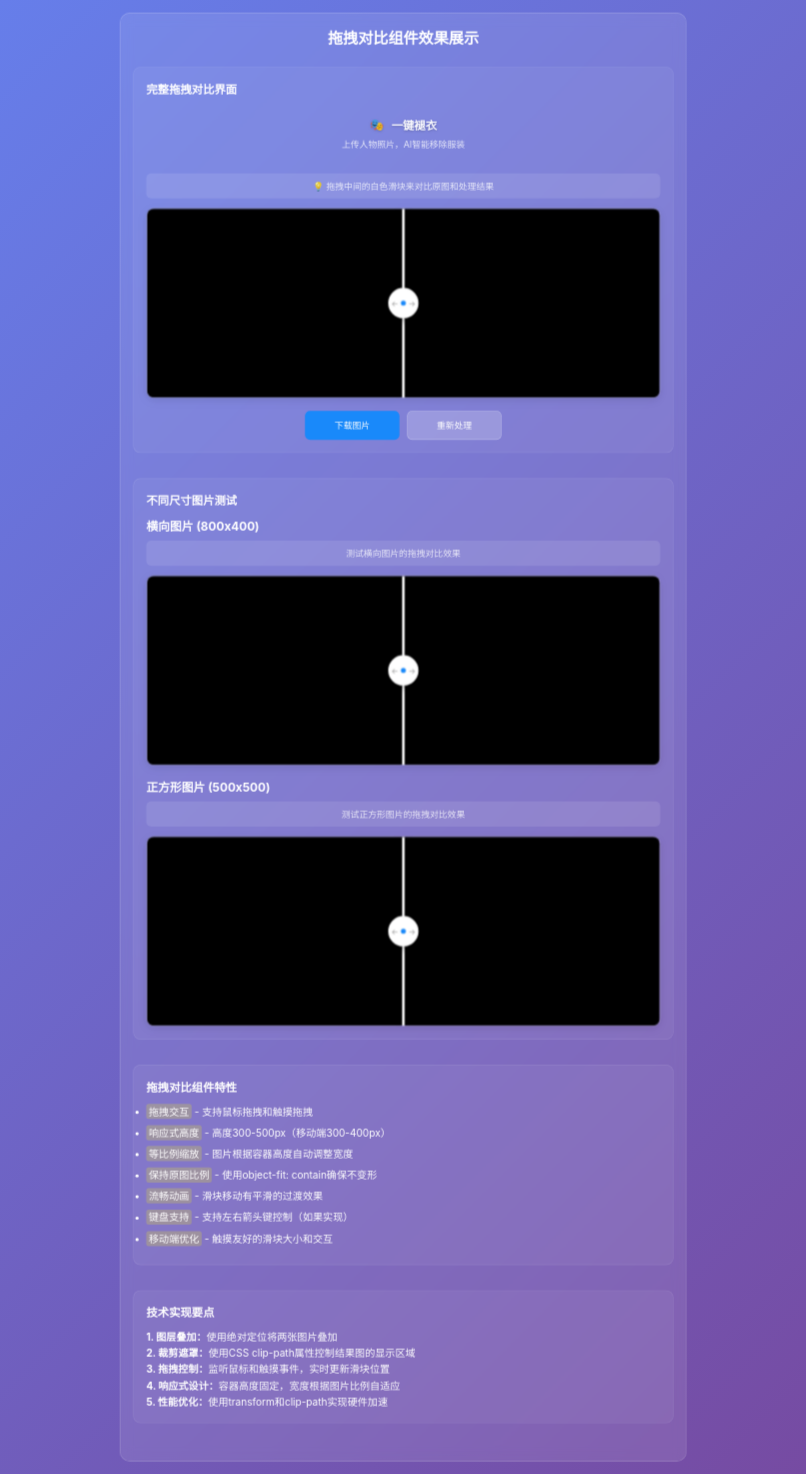
Repository: fooldychi/undress
Page: drag-comparison-demo.html
These files come from the project's save history. The page is drawn as it stood at one moment and after the next save; the edit follows.
The browser window is 1280 px wide. The pictures show the whole page, at 63% of full size.

Above is the page before, as saved 2025-07-13 16:51:52.

After the next save:
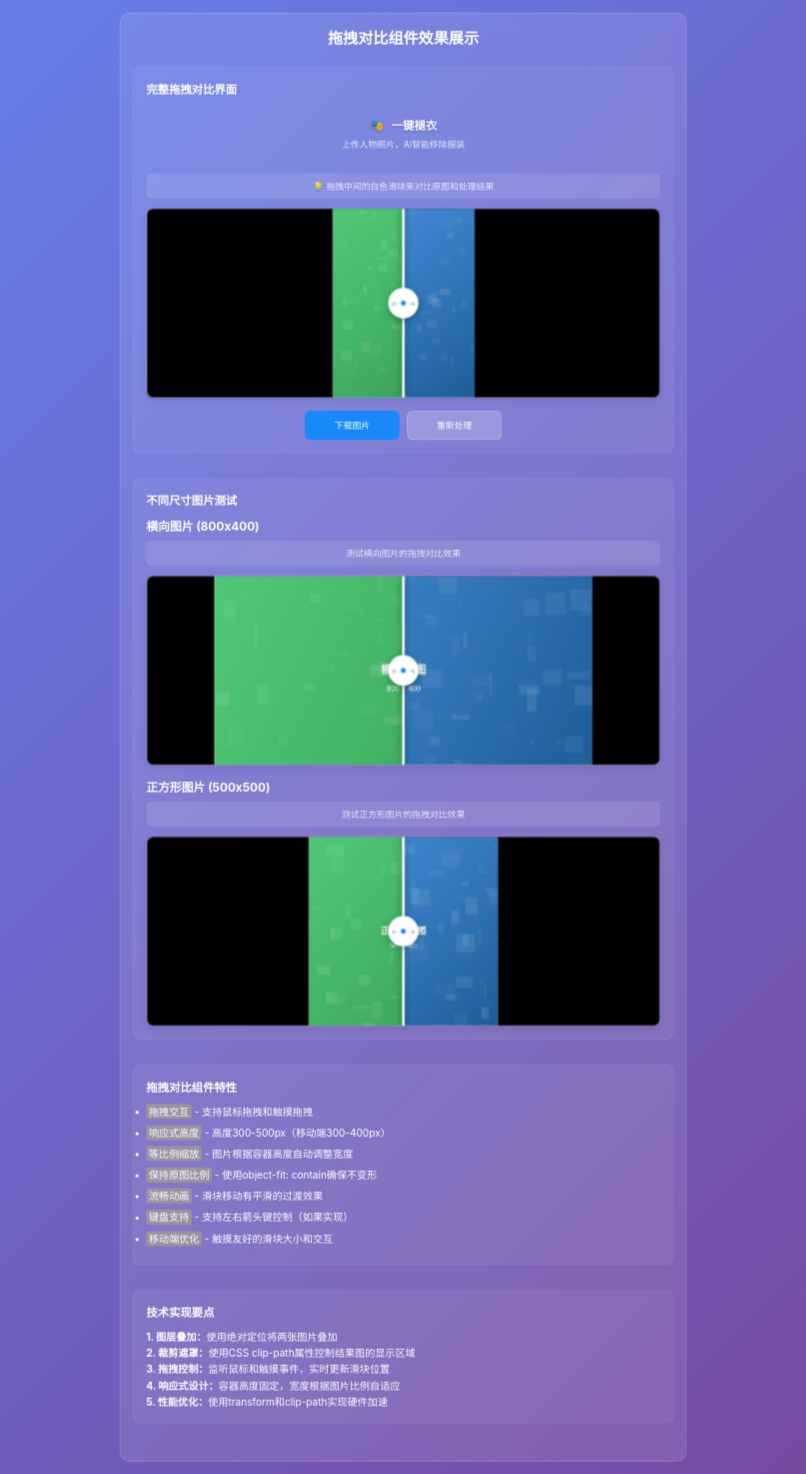
Saved 25 s later.
--- a/drag-comparison-demo.html
+++ b/drag-comparison-demo.html
@@ -523,8 +523,69 @@
             updateSlider(50);
         }
 
+        // 生成模拟图片
+        function generateImage(canvasId, width, height, type, text) {
+            const canvas = document.getElementById(canvasId);
+            if (!canvas) return;
+
+            const ctx = canvas.getContext('2d');
+
+            // 创建渐变背景
+            let gradient;
+            if (type === 'original') {
+                gradient = ctx.createLinearGradient(0, 0, width, height);
+                gradient.addColorStop(0, '#4a90e2');
+                gradient.addColorStop(0.5, '#357abd');
+                gradient.addColorStop(1, '#1e5f99');
+            } else {
+                gradient = ctx.createLinearGradient(0, 0, width, height);
+                gradient.addColorStop(0, '#50c878');
+                gradient.addColorStop(0.5, '#45b566');
+                gradient.addColorStop(1, '#3a9b56');
+            }
+
+            ctx.fillStyle = gradient;
+            ctx.fillRect(0, 0, width, height);
+
+            // 添加纹理效果
+            for (let i = 0; i < 100; i++) {
+                ctx.fillStyle = `rgba(255, 255, 255, ${Math.random() * 0.1})`;
+                ctx.fillRect(
+                    Math.random() * width,
+                    Math.random() * height,
+                    Math.random() * 50,
+                    Math.random() * 50
+                );
+            }
+
+            // 添加文字
+            ctx.fillStyle = 'white';
+            ctx.font = 'bold 24px Arial';
+            ctx.textAlign = 'center';
+            ctx.textBaseline = 'middle';
+            ctx.fillText(text, width / 2, height / 2);
+
+            // 添加尺寸信息
+            ctx.font = '16px Arial';
+            ctx.fillText(`${width} × ${height}`, width / 2, height / 2 + 40);
+
+            // 添加边框
+            ctx.strokeStyle = 'rgba(255, 255, 255, 0.3)';
+            ctx.lineWidth = 2;
+            ctx.strokeRect(0, 0, width, height);
+        }
+
         // 初始化所有对比组件
         document.addEventListener('DOMContentLoaded', () => {
+            // 生成模拟图片
+            generateImage('originalCanvas1', 600, 800, 'original', '原图');
+            generateImage('resultCanvas1', 600, 800, 'result', '处理结果');
+            generateImage('originalCanvas2', 800, 400, 'original', '横向原图');
+            generateImage('resultCanvas2', 800, 400, 'result', '横向结果');
+            generateImage('originalCanvas3', 500, 500, 'original', '正方形原图');
+            generateImage('resultCanvas3', 500, 500, 'result', '正方形结果');
+
+            // 初始化拖拽功能
             initDragComparison('comparison1', 'slider1', 'resultLayer1');
             initDragComparison('comparison2', 'slider2', 'resultLayer2');
             initDragComparison('comparison3', 'slider3', 'resultLayer3');
